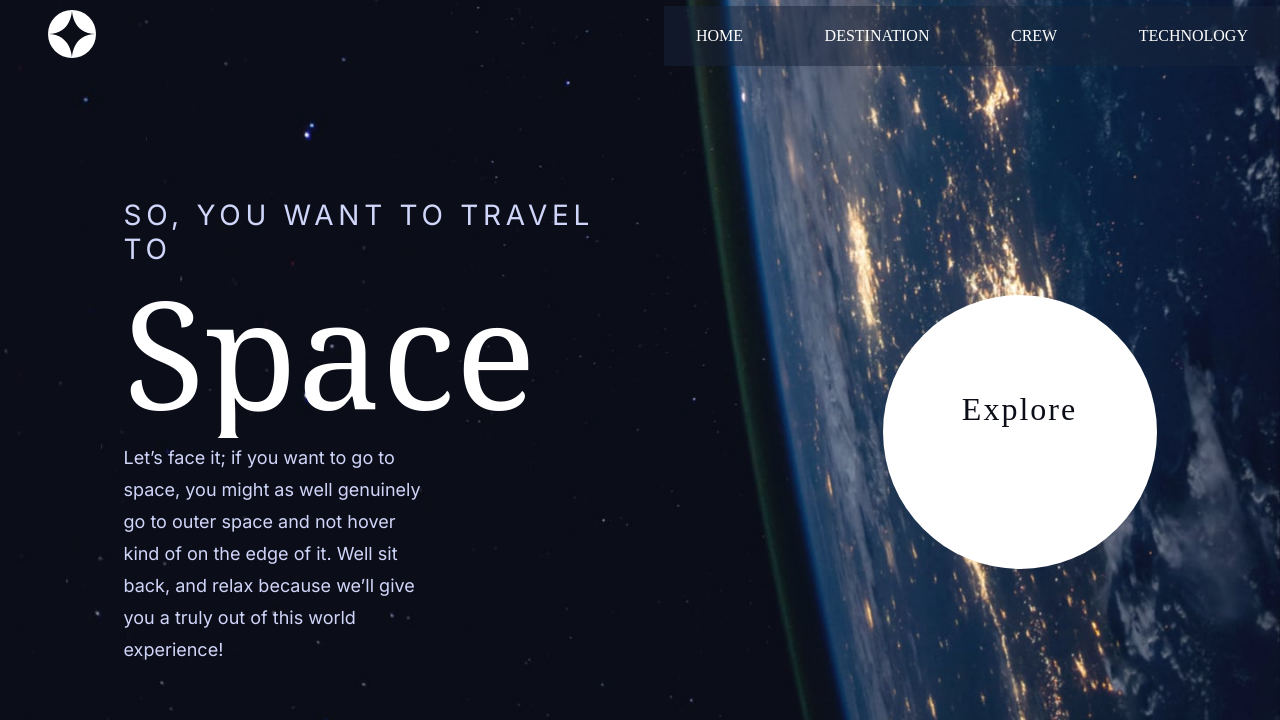
Repository: nilesjamex/space
Page: /
The author's editor kept a copy of each file at every save. The page is drawn from the files as they stood at one save, then again after the next save.
The browser window is 1280 px wide. The pictures show the whole page.
Some web fonts or font styles are not loaded; a fallback is used. Some web libraries are served in a nearby version. The project was rebuilt for these pictures with package versions that can differ from the ones it lists, and the page was loaded fresh each time. The framework's server and built-in components were replaced by stand-ins that run in the browser. Also part of the build but not shown: next.config.js.

Above is the page before, as saved 2022-01-08 03:33:24.

After the next save:
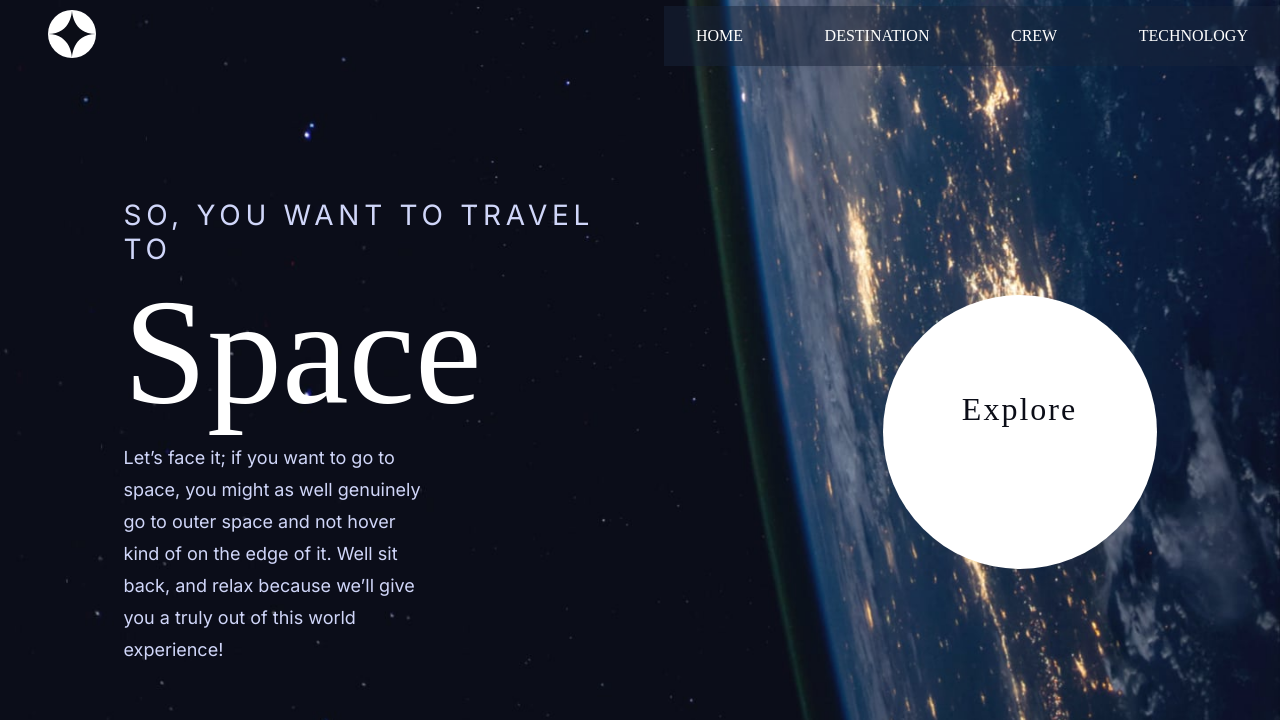
Saved 50 s later.
--- a/Components/home.module.css
+++ b/Components/home.module.css
@@ -24,7 +24,7 @@
     color: #D0D6F9;
 }
 .HomeTextspace {
-    font-family: Bellefair, "serif";
+    font-family: "Bellefair", serif;
     font-style: normal;
     font-weight: normal;
     font-size: 150px;
@@ -57,7 +57,7 @@
     justify-content: center;
     align-items: center;
     margin: 6rem auto;
-    font-family: Bellefair;
+    font-family: 'Bellefair', serif;
     font-style: normal;
     font-weight: normal;
     font-size: 32px;
